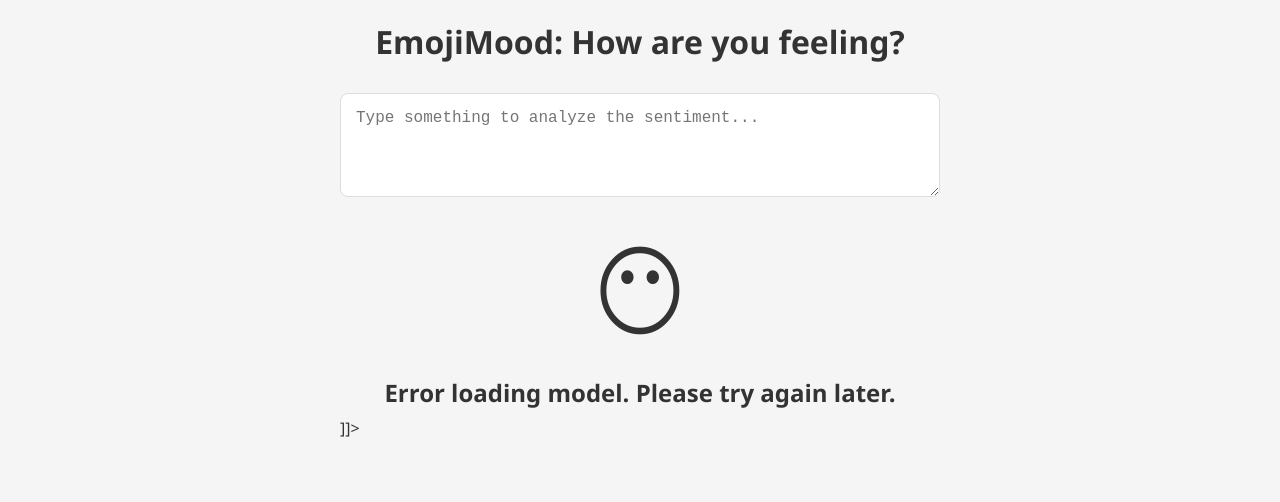
Repository: Teycir/emojiadder
Page: index.html
An editor plug-in stored every save of this project. The page is shown before and after the next save, followed by the edit.
The browser window is 1280 px wide. The pictures show the whole page.

Above is the page before, as saved 2025-03-22 12:31:14.

### index.html
<![CDATA[<!DOCTYPE html>
<html lang="en">
<head>
    <meta charset="UTF-8">
    <meta name="viewport" content="width=device-width, initial-scale=1.0">
    <title>EmojiMood: Sentiment Tracker</title>
    <style>
        body {
            font-family: 'Segoe UI', Tahoma, Geneva, Verdana, sans-serif;
            max-width: 600px;
            margin: 0 auto;
            padding: 20px;
            background-color: #f5f5f5;
            color: #333;
        }
        h1 {
            text-align: center;
            margin-bottom: 30px;
        }
        textarea {
            width: 100%;
            padding: 15px;
            border: 1px solid #ddd;
            border-radius: 8px;
            font-size: 16px;
            box-sizing: border-box;
            margin-bottom: 20px;
            resize: vertical;
        }
        .result {
            text-align: center;
            min-height: 200px;
            display: flex;
            flex-direction: column;
            justify-content: center;
            align-items: center;
        }
        .emoji {
            font-size: 100px;
            margin-bottom: 20px;
            transition: all 0.3s ease;
        }
        .sentiment {
            font-size: 24px;
            font-weight: bold;
        }
        .confidence {
            font-size: 16px;
            color: #666;
            margin-top: 5px;
        }
        .loading {
            text-align: center;
            padding: 20px;
            font-style: italic;
            color: #666;
        }
    </style>
</head>
<body>
    <h1>EmojiMood: How are you feeling?</h1>

    <textarea id="input" rows="4" placeholder="Type something to analyze the sentiment..."></textarea>

    <div class="result">
        <div class="emoji" id="emoji">😶</div>
        <div class="sentiment" id="sentiment">Enter some text to get started</div>
        <div class="confidence" id="confidence"></div>
    </div>

    <div id="loading" class="loading" style="display: none;">
        Loading sentiment analysis model...
    </div>


    <script>
        // Elements
        const inputEl = document.getElementById('input');
        const emojiEl = document.getElementById('emoji');
        const sentimentEl = document.getElementById('sentiment');
        const confidenceEl = document.getElementById('confidence');
        const loadingEl = document.getElementById('loading');

        // Model initialization state
        let pipeline = null;
        let isModelLoading = false;

        // Sentiment to emoji mapping
        const sentimentEmojis = {
            POSITIVE: {
                high: '🤩', // Very positive (score >= 0.9)
                medium: '😄', // Moderately positive (score >= 0.75)
                low: '🙂', // Slightly positive (rest)
            },
            NEGATIVE: {
                high: '😭', // Very negative (score >= 0.9)
                medium: '😔', // Moderately negative (score >= 0.75)
                low: '😕', // Slightly negative (rest)
            }
        };

        // Load the sentiment analysis model
        async function loadModel() {
            if (pipeline !== null || isModelLoading) return;

            isModelLoading = true;
            loadingEl.style.display = 'block';

            try {
                // First import TensorFlow.js to ensure backend registration
                await import('https://cdn.jsdelivr.net/npm/@tensorflow/tfjs@4.2.0/+esm');

                // Then import the pipeline function from transformers
                const { pipeline: transformersPipeline } = await import('https://cdn.jsdelivr.net/npm/@xenova/transformers@2.6.0/+esm');

                // Create the sentiment analysis pipeline
                pipeline = await transformersPipeline(
                    'sentiment-analysis',
                    'Xenova/distilbert-base-uncased-finetuned-sst-2-english'
                );

                // Model loaded successfully
                loadingEl.style.display = 'none';

                // Analyze any text that might have been entered during loading
                if (inputEl.value.trim() !== '') {
                    analyzeSentiment(inputEl.value);
                }
            } catch (error) {
                console.error('Error loading model:', error);
                sentimentEl.textContent = 'Error loading model. Please try again later.';
                loadingEl.style.display = 'none';
            }

            isModelLoading = false;
        }

        // Analyze text sentiment
        async function analyzeSentiment(text) {
            if (!pipeline) {
                await loadModel();
                return;
            }

            if (text.trim() === '') {
                emojiEl.textContent = '😶';
                sentimentEl.textContent = 'Enter some text to get started';
                confidenceEl.textContent = '';
                return;
            }

            try {
                const result = await pipeline(text);
                const sentiment = result[0];

                // Update the emoji based on sentiment and score
                const score = sentiment.score;
                let emojiCategory;

                if (score >= 0.9) {
                    emojiCategory = 'high';
                } else if (score >= 0.75) {
                    emojiCategory = 'medium';
                } else {
                    emojiCategory = 'low';
                }

                emojiEl.textContent = sentimentEmojis[sentiment.label][emojiCategory];
                sentimentEl.textContent = sentiment.label;
                confidenceEl.textContent = `Confidence: ${Math.round(score * 100)}%`;
            } catch (error) {
                console.error('Error analyzing sentiment:', error);
                emojiEl.textContent = '🤔';
                sentimentEl.textContent = 'Error analyzing text';
                confidenceEl.textContent = '';
            }
        }

        // Initialize the page
        window.addEventListener('DOMContentLoaded', () => {
            // Start loading the model when page loads
            loadModel();

            // Add event listener for text input
            let debounceTimeout;
            inputEl.addEventListener('input', (e) => {
                clearTimeout(debounceTimeout);
                debounceTimeout = setTimeout(() => {
                    analyzeSentiment(e.target.value);
                }, 300); // Debounce to prevent too many requests
            });
        });
    </script>
</body>
</html>]]>

After the next save:
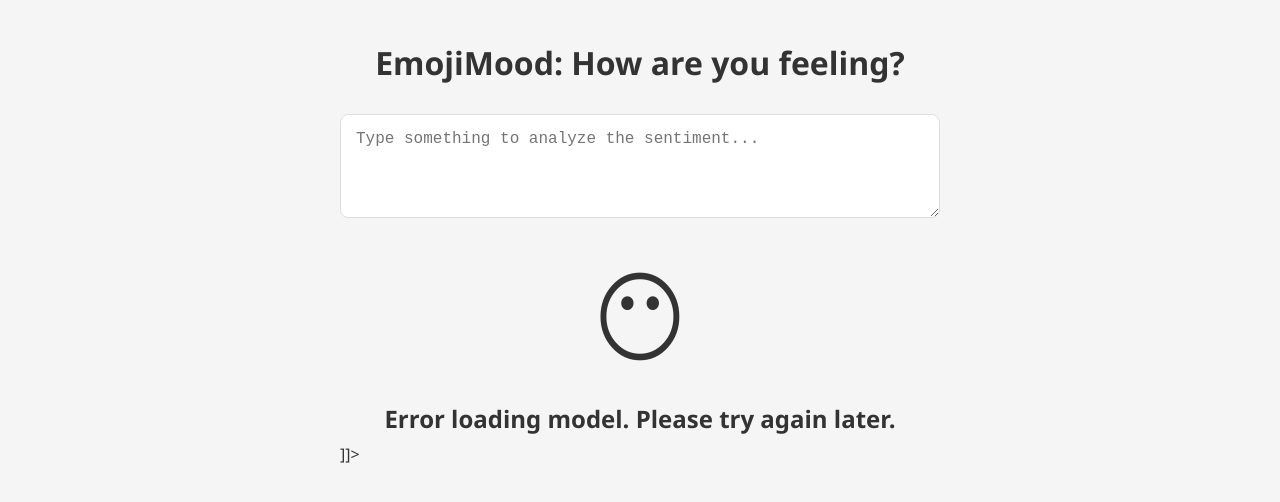
Saved 6 min 44 s later.
--- a/index.html
+++ b/index.html
@@ -1,4 +1,4 @@
-<![CDATA[<!DOCTYPE html>
+<!DOCTYPE html>
 <html lang="en">
 <head>
     <meta charset="UTF-8">
